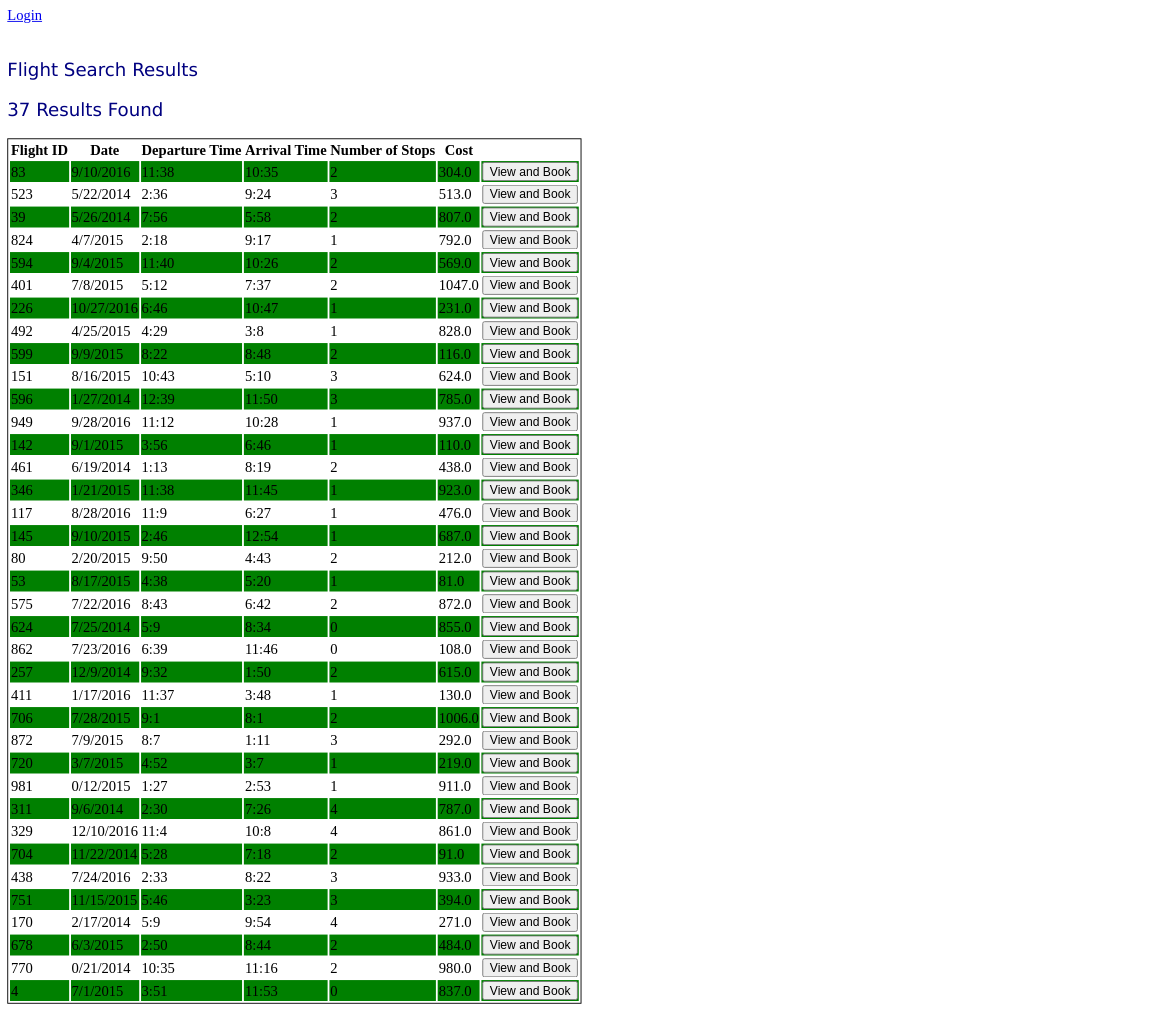
Repository: jliu9000/CSE-464---Flight-Pages
Page: http://localhost/HW1/FlightSearchResults.jsp
An editor plug-in stored every save of this project. The page is shown before and after the next save, followed by the edit.
The browser window is 1280 px wide. The pictures show the whole page, at 91% of full size.
The page is served by Tomcat 9. Other server files are loaded and not shown.

Above is the page before, as saved 2014-09-21 08:36:20.

### HW1/WebContent/FlightSearchResults.jsp
<%@ page language="java" contentType="text/html; charset=ISO-8859-1"
    pageEncoding="ISO-8859-1"%>
<!DOCTYPE html PUBLIC "-//W3C//DTD HTML 4.01 Transitional//EN" "http://www.w3.org/TR/html4/loose.dtd">
<html>
<head>
<meta http-equiv="Content-Type" content="text/html; charset=ISO-8859-1">
<link rel="stylesheet" type="text/css" href="FlightStyles.css">
<title>Flight Search Results</title>

<%@ page import="flight.bizlogic.RecordFactory"%>
</head>
<body>


	<%  //get the records
		RecordFactory records = new RecordFactory(0);
	  	records.generateRecords();
	%>

	<a id="login" href="/login.jsp">
	<%
	//login or out
	if (session.getAttribute("nUserID") != null){%>
	Logout
	<% } else { %>
	Login
	<%}%>
	</a>

	<br><br>
	<p class="PageTitle">Flight Search Results</p>
	<p class="subheading"><%=records.TotalRecords() %> Results Found</p>

	<table>
		<TR>
			<th>Flight ID</th>
			<th>Date</th>
			<th>Departure Time</th>
			<th>Arrival Time</th>
			<th>Number of Stops</th>
			<th>Cost</th>
			<th></th>
		</TR>


		<%for (int i = 0; i<records.TotalRecords(); i++){%>
		<tr class='<%= i % 2 == 1 ? "" : "alt" %>'>
		<%=records.toHTMLTableRow(i) %>
			<td>
				<a href="ViewAndBook.jsp"><button>View and Book</button></a>
			</td>
		</tr>
		<%} %>

	</table>


</body>






</html>

### HW1/src/flight/bizlogic/RecordFactory.java
package flight.bizlogic;
import java.util.ArrayList;



public class RecordFactory {
	//Master list
	private ArrayList<FlightRecord> oRecordsList;
	private int nTotalRecords;

	//Lists for record generation
	private String sListOfLocations[] = {"New York City, New York","Dallas, Texas","Sacramento, California",
			"Chicago, Illinois","Lincoln, Nebraska","Denver, Colorado","Atlanta, Georgia"};
	private int sListOfYears[] ={2014,2015,2016};
	private String sListOfClass[] ={"First Class", "Business", "Economy"};

	//Static test record
	private FlightRecord _oTestRecord = new FlightRecord(1, "Lincoln, NE", "Baltimore, MD", "9/28/2014", 52, "First Class",
			"7:00", "9:30", 1, 400.00);

	public RecordFactory(int nTotalRecords){

		//use nTotalRecords <= 0 for a random number of 1 to 50 records
		if (nTotalRecords <= 0){
			this.nTotalRecords = (int) Math.round(Math.random() * 49) + 1;
		}else{
			this.nTotalRecords = nTotalRecords;
		}

		oRecordsList = new ArrayList<FlightRecord>();

	}

	public void generateRecords(){

		for (int i = 0; i<= nTotalRecords; i++){
			oRecordsList.add(getSingleRecord());
		}

	}

	public FlightRecord getSingleRecord(){
		String sFormatedMonth;
		int nYear, nMonth, nDay, nSeats, nClass, nSource, nDestination, nID;

		nMonth = (int) Math.round(Math.random() * 12);
		nDay = (int) Math.round(Math.random() * 28);
		nYear = (int) Math.round(Math.random() * 2);
		sFormatedMonth = nMonth + "/" +nDay +"/" +sListOfYears[nYear];

		nSeats = (int) Math.round(Math.random() * 100);
		nClass = (int) Math.round(Math.random()*2);
		nSource = (int) Math.round(Math.random()*6);
		nDestination = (int) Math.round(Math.random() * 6);
		//destination cannot equal source
		while (nDestination == nSource){
			nDestination = (int) Math.round(Math.random() * 6);
		}

		return new FlightRecord(sListOfLocations[nSource], sListOfLocations[nDestination], sFormatedMonth, nSeats, sListOfClass[nClass]);

	}





	public String toHTMLTableRow(int nRow){
		FlightRecord r;
		String sHTMLRow;
		if (nRow < oRecordsList.size()){
			r = oRecordsList.get(nRow);
		}else{
			return "";
		}

		sHTMLRow = "<td>" +r.getID() +"</td>";
		sHTMLRow += "<td>" +r.getDateOfTravel() +"</td>";
		sHTMLRow += "<td>" +r.getDepartureTime() +"</td>";
		sHTMLRow += "<td>" +r.getArrivalTime() +"</td>";
		sHTMLRow += "<td>" +r.getNumberOfStops() +"</td>";
		sHTMLRow += "<td>" +r.getCost() +"</td>";

		return sHTMLRow;
	}

	public FlightRecord TestRecord() {
		return _oTestRecord;
	}

	public int TotalRecords(){
		return nTotalRecords;

	}
}

### HW1/src/flight/bizlogic/FlightRecord.java
package flight.bizlogic;

public class FlightRecord {
	private String sSource;
	private String sDestination;
	private String sDateOfTravel;
	private String sClass;
	private int nSeats;

	private String sDepartureTime;
	private String sArrivalTime;
	private int nNumberOfStops;
	private double dCost;
	private int nID;


	public FlightRecord(String sSource, String sDestination, String sDateOfTravel, int nSeats,
			String sClass){
		this.sSource = sSource;
		this.sDestination = sDestination;
		this.sDateOfTravel = sDateOfTravel;
		this.nSeats = nSeats;
		this.sClass = sClass;
		fillRecord();
	}

	public FlightRecord(int nID, String sSource, String sDestination, String sDateOfTravel, int nSeats,
			String sClass, String sDepartureTime, String sArrivalTime, int nNumberOfStops, double dCost){
		this.nID = nID;
		this.sSource = sSource;
		this.sDestination = sDestination;
		this.sDateOfTravel = sDateOfTravel;
		this.nSeats = nSeats;
		this.sClass = sClass;
		this.sDepartureTime = sDepartureTime;
		this.sArrivalTime = sArrivalTime;
		this.nNumberOfStops = nNumberOfStops;
		this.dCost = dCost;

	}


	//fill missing fields w/ random numbers
	private void fillRecord(){
		int nHour, nMin;
		nID = (int) Math.round(Math.random()*1000);
		nHour = (int) Math.round(Math.random() * 11) + 1;
		nMin = (int) Math.round(Math.random() * 60);
		sDepartureTime =  nHour +":" +nMin;
		nHour = (int) Math.round(Math.random() * 11) + 1;
		nMin = (int) Math.round(Math.random() * 60);
		sArrivalTime =  nHour +":" +nMin;
		nNumberOfStops = (int) Math.round(Math.random() * 4);
		dCost =  Math.round(Math.random() * 1000) + 50;

	}



	public String getDepartureTime() {
		return sDepartureTime;
	}


	public String getArrivalTime() {
		return sArrivalTime;
	}


	public int getNumberOfStops() {
		return nNumberOfStops;
	}


	public double getCost() {
		return dCost;
	}


	public int getID() {
		return nID;
	}



	public String getSource() {
		return sSource;
	}

	public String getDestination() {
		return sDestination;
	}

	public String getDateOfTravel() {
		return sDateOfTravel;
	}

	public String getFlightClass() {
		return sClass;
	}

	public int getSeats() {
		return nSeats;
	}






}

### HW1/WebContent/FlightStyles.css
@CHARSET "ISO-8859-1";

p {
    font-family: "Verdana";
    font-size: 20px;
    color: navy;
    font-style: bold;
}

table {
   border: 1px solid black;
}

tr {
	background-color: white;

}

tr.alt {
	background-color: green;

}

After the next save:
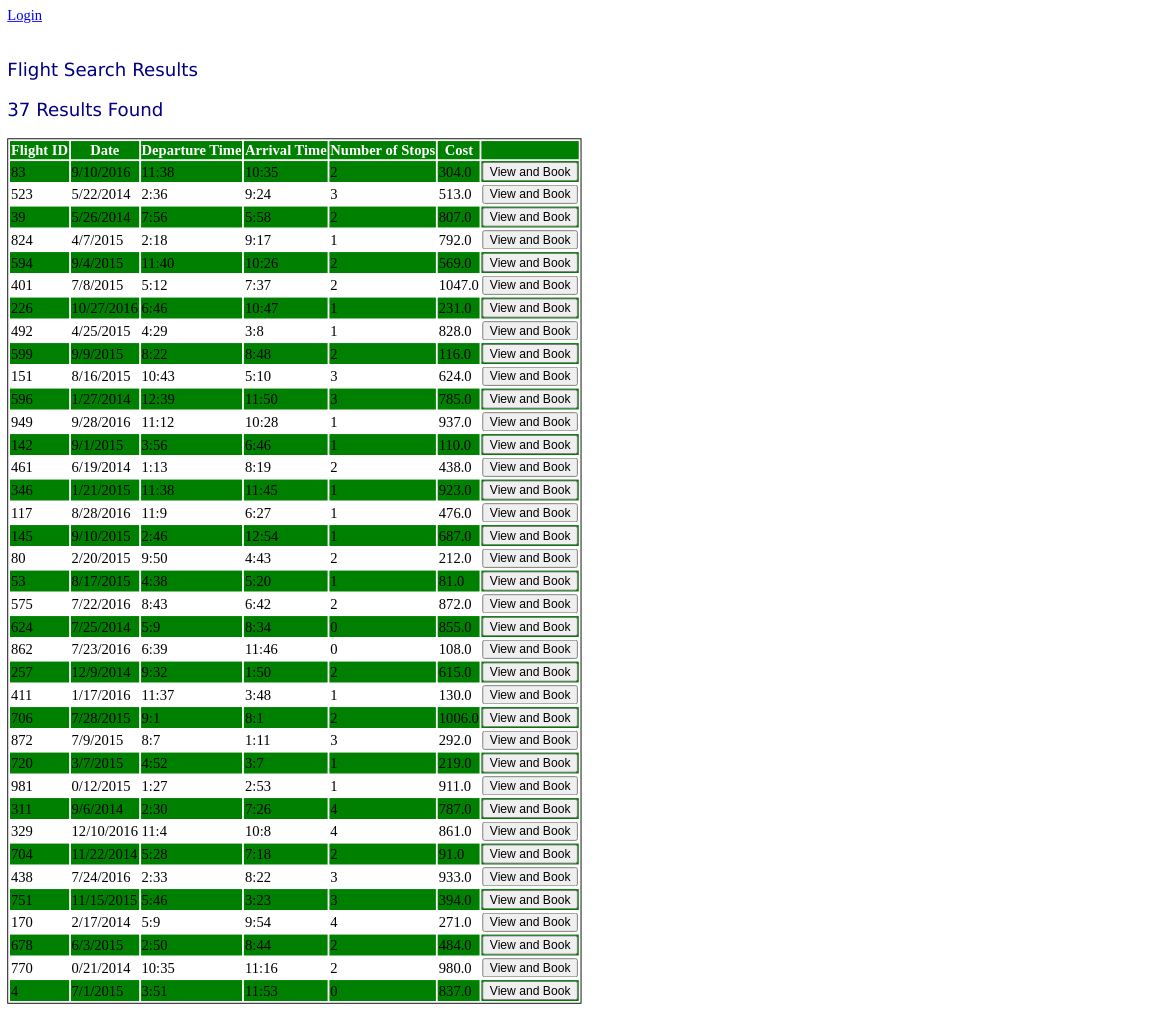
Saved 84 s later.
--- a/HW1/WebContent/FlightStyles.css
+++ b/HW1/WebContent/FlightStyles.css
@@ -11,6 +11,11 @@ table {
    border: 1px solid black;
 }
 
+th {
+    background-color: green;
+    color: white;
+}
+
 tr {
 	background-color: white;
 
